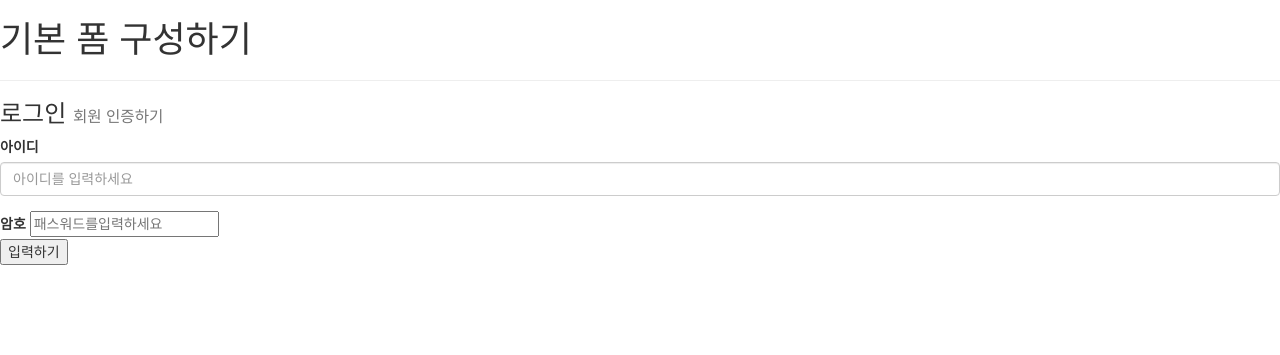
Repository: Umkimisstrong/UM_Webbb
Page: BootstrapApp/WebContent/BootEx04.html
The author's editor kept a copy of each file at every save. The page is drawn from the files as they stood at one save, then again after the next save.
The browser window is 1280 px wide. The pictures show the whole page.

Above is the page before, as saved 2022-05-16 03:22:40.

### BootstrapApp/WebContent/BootEx04.html
<!DOCTYPE html>
<html>
<head>
<meta charset="UTF-8">
<title>BootEx04.html</title>

<link rel="stylesheet" type="text/css" href="css/bootstrap.css">
<script type="text/javascript" src="http://code.jquery.com/jquery.min.js"></script>
<script type="text/javascript" src="js/bootstrap.min.js"></script>

<style type="text/css">
	#login
	{

	}
</style>
</head>
<body>

<div>
	<h1>기본 폼 구성하기</h1>
	<hr />
</div>

<div id="login">
	<h3>로그인 <small>회원 인증하기</small></h3>

	<form action="">
		<!-- 『.form-group』 : 폼을 구성하는 1개 관련 항목만 묶기 -->
		<div class="form-group">
			<label for="txtId">아이디</label>
			<input type="text" id="txtId" placeholder="아이디를 입력하세요"/ class="form-control">
		</div>

		<div>
			<label for="txtPw">암호</label>
			<input type="password" id="txtPw" placeholder="패스워드를입력하세요" />
			<br />
			<input type="submit" value="입력하기" />
		</div>

	</form>
</div>



</body>
</html>

Loaded but not shown: BootstrapApp/WebContent/css/bootstrap.css (library); BootstrapApp/WebContent/js/bootstrap.min.js (library)

After the next save:
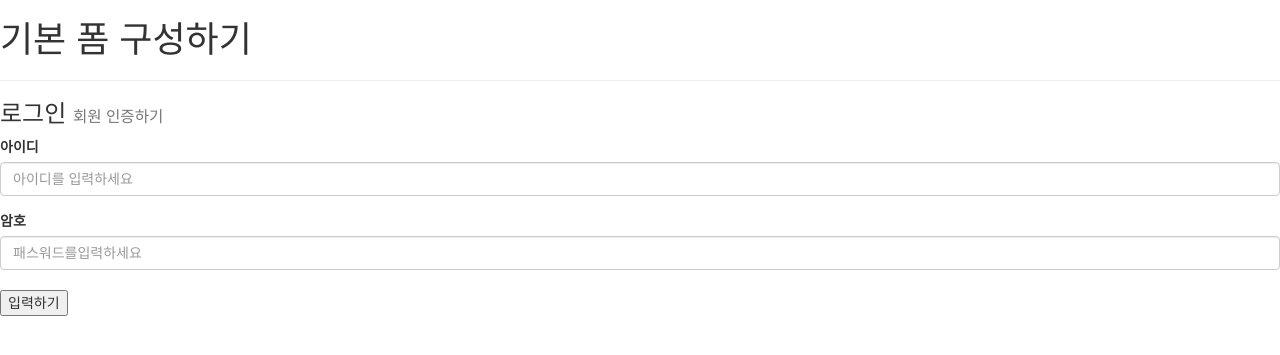
Saved 29 s later.
--- a/BootstrapApp/WebContent/BootEx04.html
+++ b/BootstrapApp/WebContent/BootEx04.html
@@ -29,12 +29,14 @@
 		<!-- 『.form-group』 : 폼을 구성하는 1개 관련 항목만 묶기 -->
 		<div class="form-group">
 			<label for="txtId">아이디</label>
-			<input type="text" id="txtId" placeholder="아이디를 입력하세요"/ class="form-control">
+			<input type="text" id="txtId" placeholder="아이디를 입력하세요"
+			required="required"  class="form-control">
 		</div>
 
 		<div>
 			<label for="txtPw">암호</label>
-			<input type="password" id="txtPw" placeholder="패스워드를입력하세요" />
+			<input type="password" id="txtPw" placeholder="패스워드를입력하세요"
+			       required="required" class="form-control">
 			<br />
 			<input type="submit" value="입력하기" />
 		</div>
